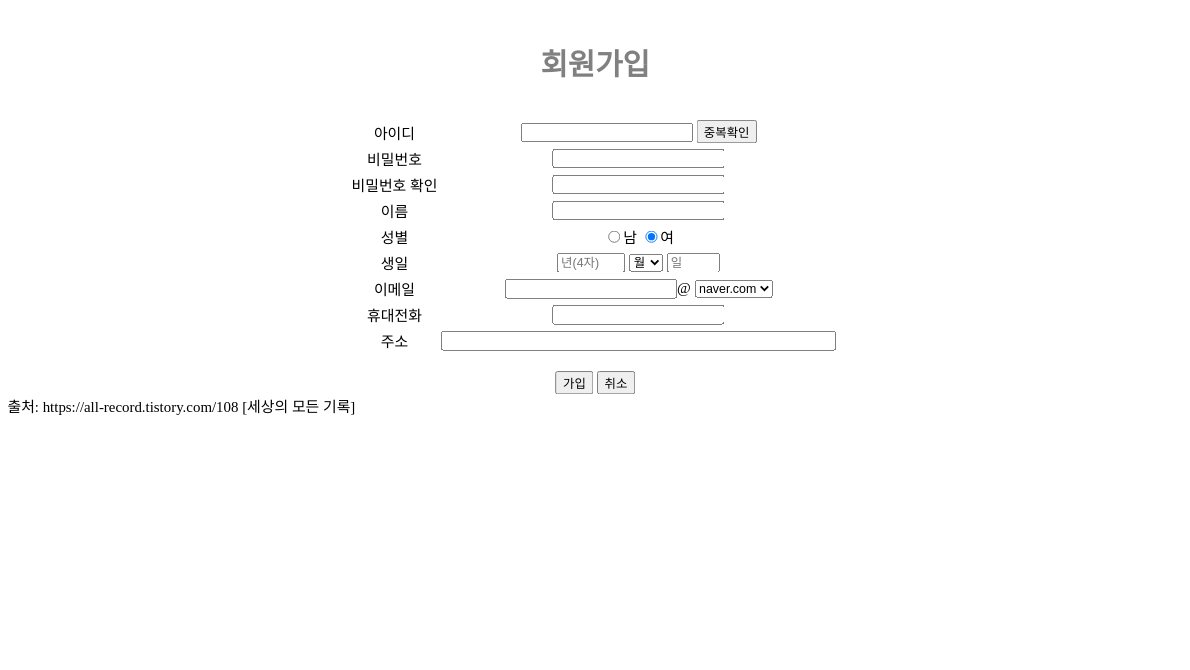
Repository: yoojisoo/YONSAI
Page: http://localhost/teatJava/html/join.jsp
These files come from the project's save history. The page is drawn as it stood at one moment and after the next save; the edit follows.
The browser window is 1280 px wide. The pictures show the whole page, at 93% of full size.
The page is served by Tomcat 9.

Above is the page before, as saved 2021-08-20 06:39:27.

After the next save:
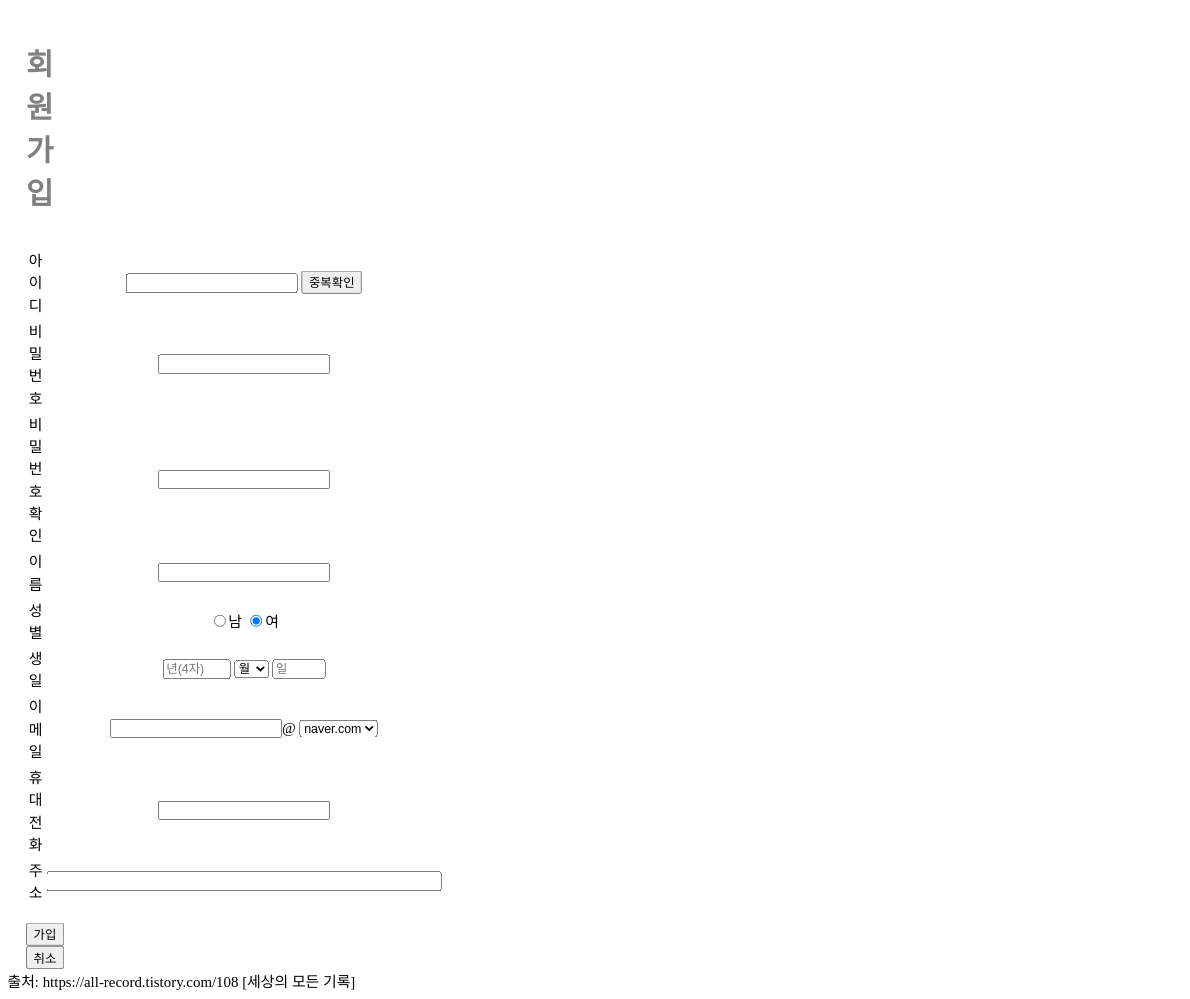
Saved 36 s later.
--- a/jsworkspace/teatJava/src/main/webapp/html/join.jsp
+++ b/jsworkspace/teatJava/src/main/webapp/html/join.jsp
@@ -9,9 +9,9 @@
 <script>
 	$(document).ready(function(){
 	        $("#join").css({
-	        "width":"530px",
-            "margin-left":"auto",
-            "margin-right":"auto",
+	        "width":"20px",
+            "margin-left":"20px",
+            "margin-right":"20px",
             "text-align":"center"
 	        })
 	});
